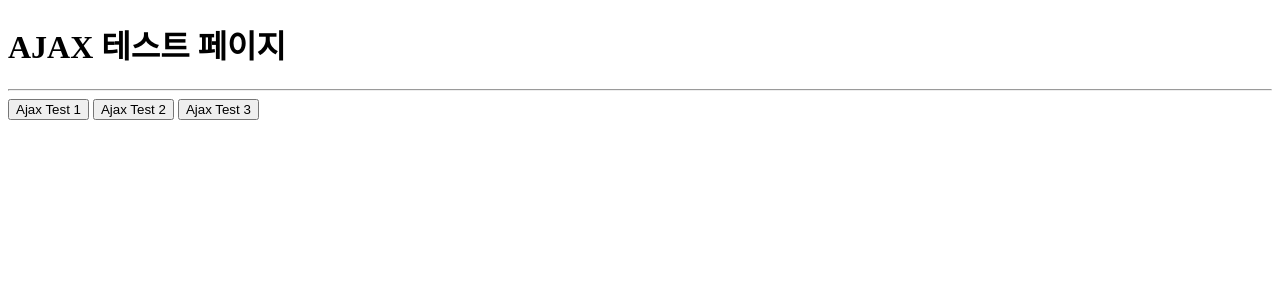
Repository: wona-owo/Spring
Page: http://localhost/00_spring/ajax/movePage.kh
The author's editor kept a copy of each file at every save. The page is drawn from the files as they stood at one save, then again after the next save.
The browser window is 1280 px wide. The pictures show the whole page.
The page is served by Tomcat 9. Other server files are loaded and not shown.

Above is the page before, as saved 2024-12-03 07:30:23.

### 00_spring/src/main/webapp/WEB-INF/views/ajax/ajaxTest.jsp
<%@ page language="java" contentType="text/html; charset=UTF-8"
    pageEncoding="UTF-8"%>
<!DOCTYPE html>
<html>
<head>
<meta charset="UTF-8">
<title>Insert title here</title>
<script src="https://code.jquery.com/jquery-3.6.0.min.js"></script>

</head>
<body>
	<h1>AJAX 테스트 페이지</h1>

	<hr>

	<button id="ajaxTest1">Ajax Test 1</button>
	<button id="ajaxTest2">Ajax Test 2</button>
	<button id="ajaxTest3">Ajax Test 3</button>

	<script>
	$("#ajaxTest1").on('click', function(){
		$.ajax({
			url : '/ajax/ajaxTest1.kh',
			data : {str : '스프링', num : 10},
			type : 'get',
			success : function(res){
				console.log(res);
			}
			,error : function(){
				console.log('ajax 통신 오류 !');
			}
		})
	});

	$("#ajaxTest2").on('click', function(){
		$.ajax({
			url : '/ajax/ajaxTest2.kh',
			data : {str : '스프링', num : 10},
			type : 'get',
			success : function(res){
				console.log(res)
			}
			,error : function (){
				console.log('ajax 통신 오류 !');
			}
		})
	});

	$("#ajaxTest3").on('click', function(){
		$.ajax({
			url : '/ajax/ajaxTest3.kh',
			data : {str : '스프링', num : 10},
			type : 'get',
			success : function(res){
				//Controller에서 JSONArray에 요소들을 추가하고, 응답하면 응답된 데이터 자료형이 string임.
				console.log(typeof res);

				console.log(res);
				res = JSON.parse(res); //JSON.parse : JSON 형식의 "문자열"을 JSON으로 변환해주는 메소드

				//parse 메소드를 통해, Javascript Object로 변환하여 배열이 출력됨.
				console.log(res);
				console.log(typeof res);
			}
			,error : function (){
				console.log('ajax 통신 오류 !');
			}
		})
	});

	</script>
</body>
</html>

After the next save:
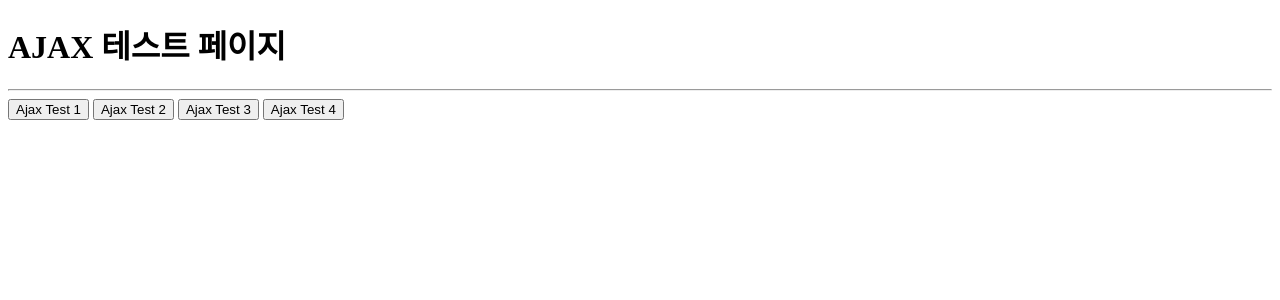
Saved 3 min 42 s later.
--- a/00_spring/src/main/webapp/WEB-INF/views/ajax/ajaxTest.jsp
+++ b/00_spring/src/main/webapp/WEB-INF/views/ajax/ajaxTest.jsp
@@ -16,6 +16,7 @@
 	<button id="ajaxTest1">Ajax Test 1</button>
 	<button id="ajaxTest2">Ajax Test 2</button>
 	<button id="ajaxTest3">Ajax Test 3</button>
+	<button id="ajaxTest4">Ajax Test 4</button>
 
 	<script>
 	$("#ajaxTest1").on('click', function(){
@@ -68,6 +69,20 @@
 		})
 	});
 
+	$("#ajaxTest4").on('click', function(){
+		$.ajax({
+			url : '/ajax/ajaxTest4.kh',
+			data : {str : '스프링', num : 10},
+			type : 'get',
+			success : function(res){
+				console.log(res)
+			}
+			,error : function (){
+				console.log('ajax 통신 오류 !');
+			}
+		})
+	});
+
 	</script>
 </body>
 </html>
